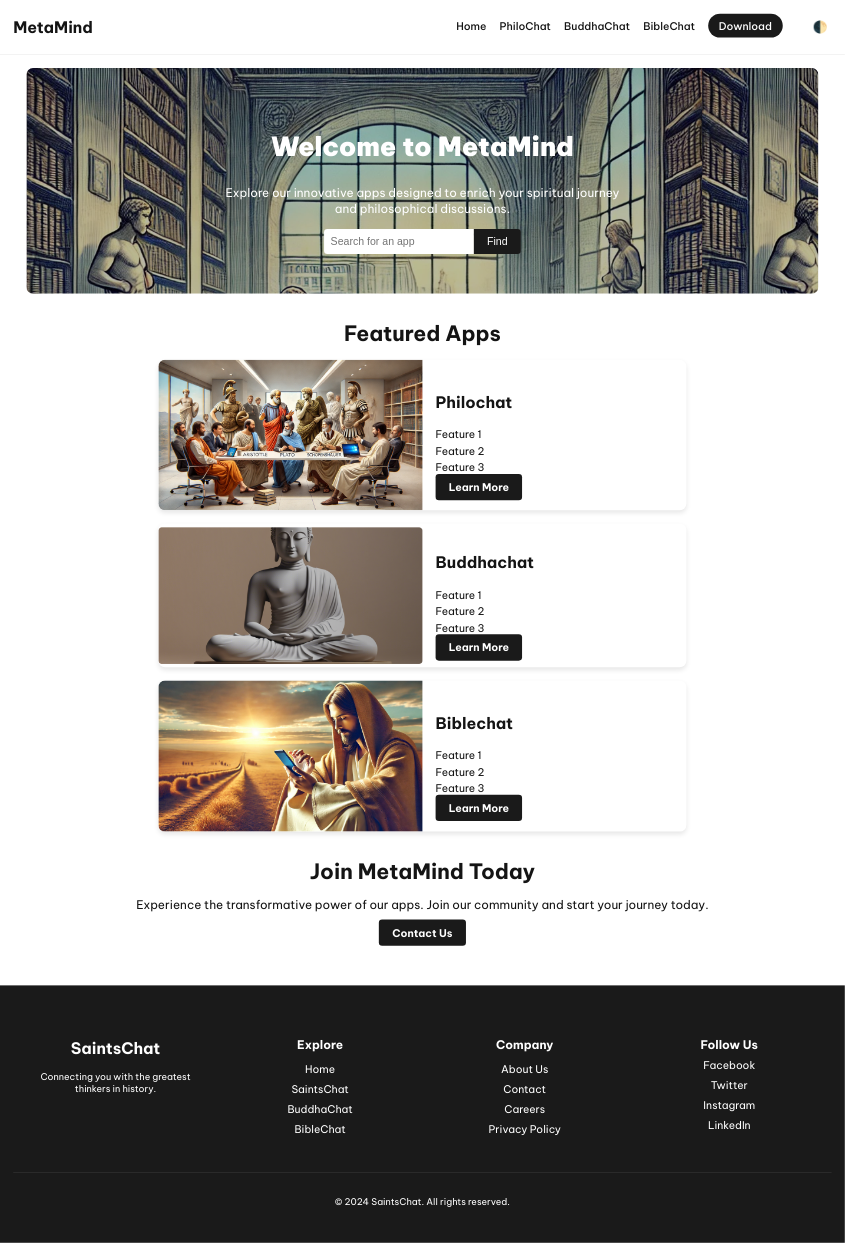
Repository: HSfac/EthosMindWeb
Page: /
These files come from the project's save history. The page is drawn as it stood at one moment and after the next save; the edit follows.
The browser window is 1280 px wide. The pictures show the whole page, at 66% of full size.
The project was rebuilt for these pictures with package versions that can differ from the ones it lists, and the page was loaded fresh each time. Also part of the build but not shown: src/pages/SaintsChat.css, src/pages/SaintsChat.jsx, src/pages/BuddhaChat.css, src/pages/BuddhaChat.jsx, src/pages/BibleChat.css, src/pages/BibleChat.jsx, src/pages/Download.css, src/pages/Download.jsx.

Above is the page before, as saved 2024-07-21 20:01:19.

After the next save:
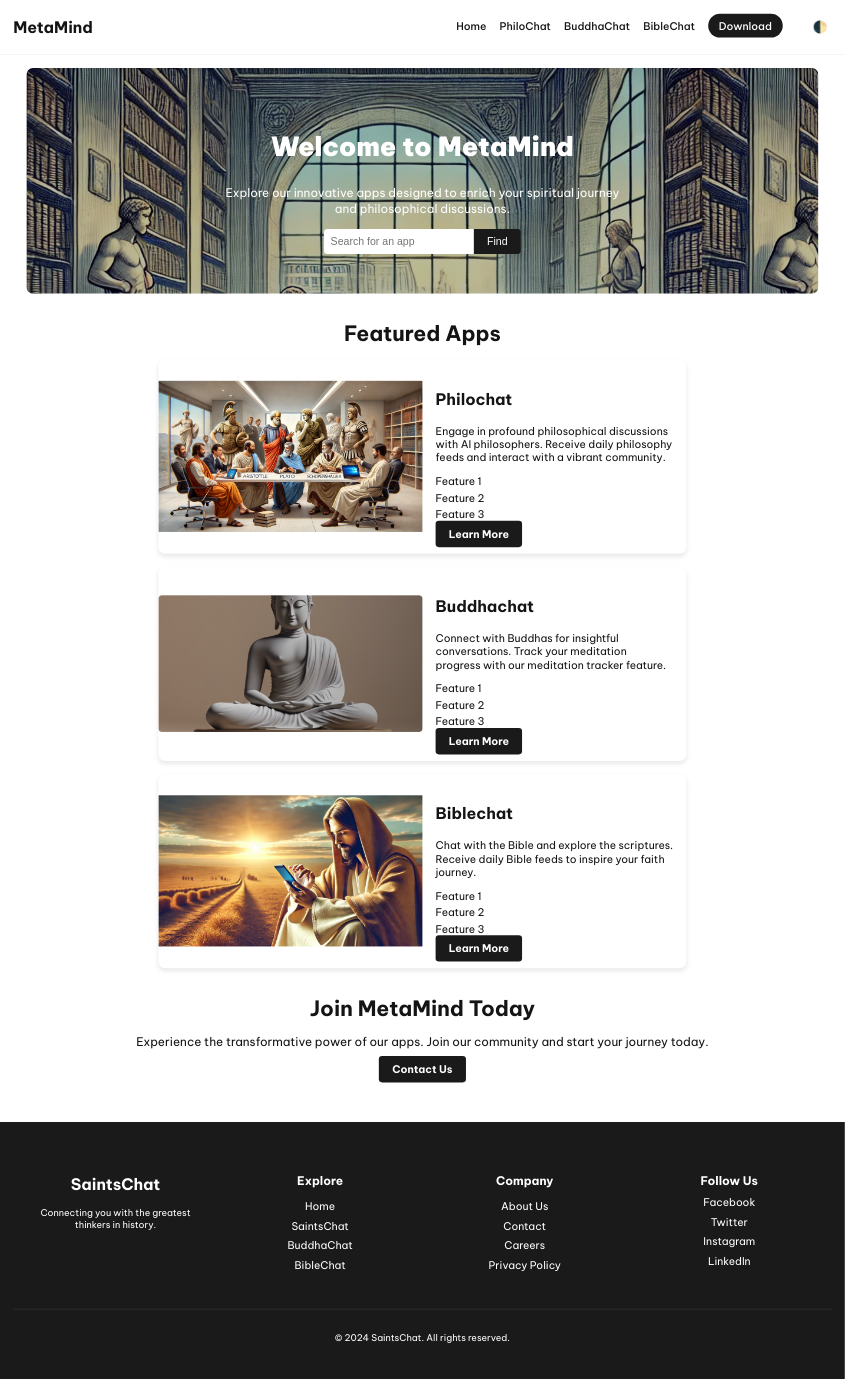
Saved 85 s later.
--- a/src/pages/Home.jsx
+++ b/src/pages/Home.jsx
@@ -29,6 +29,7 @@ function Home() {
             <img src={philochatScreenshot} alt="Philochat App Screenshot" className="home-app-image" />
             <div className="home-app-info">
               <h3 className="home-app-title">Philochat</h3>
+              <p className="home-app-description">Engage in profound philosophical discussions with AI philosophers. Receive daily philosophy feeds and interact with a vibrant community.</p>
               <ul className="home-app-features">
                 <li>Feature 1</li>
                 <li>Feature 2</li>
@@ -42,6 +43,7 @@ function Home() {
             <img src={buddhachatScreenshot} alt="Buddhachat App Screenshot" className="home-app-image" />
             <div className="home-app-info">
               <h3 className="home-app-title">Buddhachat</h3>
+              <p className="home-app-description">Connect with Buddhas for insightful conversations. Track your meditation progress with our meditation tracker feature.</p>
               <ul className="home-app-features">
                 <li>Feature 1</li>
                 <li>Feature 2</li>
@@ -55,6 +57,7 @@ function Home() {
             <img src={biblechatScreenshot} alt="Biblechat App Screenshot" className="home-app-image" />
             <div className="home-app-info">
               <h3 className="home-app-title">Biblechat</h3>
+              <p className="home-app-description">Chat with the Bible and explore the scriptures. Receive daily Bible feeds to inspire your faith journey.</p>
               <ul className="home-app-features">
                 <li>Feature 1</li>
                 <li>Feature 2</li>
